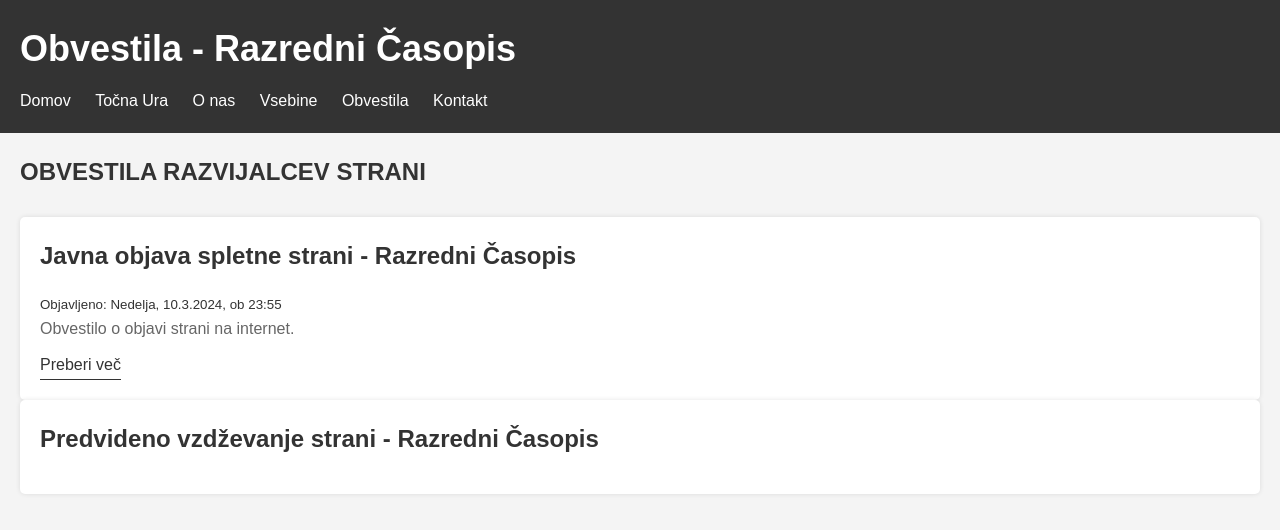
Repository: razrednicasopis/razrednicasopis.github.io
Page: Resources/obvestila.html
The author's editor kept a copy of each file at every save. The page is drawn from the files as they stood at one save, then again after the next save.
The browser window is 1280 px wide. The pictures show the whole page.

Above is the page before, as saved 2024-03-12 12:57:06.
Console error: ReferenceError: maintenanceMode is not defined

### Resources/obvestila.html
<!DOCTYPE html>
    <html lang="eu">
        <head>
            <meta charset="UTF-8">
            <meta name="viewport" content="width=device-width, initial-scale=1.0">
            <title>Obvestila</title>
            <link rel="stylesheet" href="styless.css">
            <link rel="stylesheet" href="system.css">
        </head>
            <body>


              <div class="blur-container">
                <div id="vrstica">
                    <header>
                      <h1>Obvestila - Razredni Časopis</h1>
                      <nav>
                        <ul>
                          <li><a href="index.html">Domov</a></li>
                          <li><a href="ura.html">Točna Ura</a></li>
                          <li><a href="o-nas.html">O nas</a></li>
                          <li><a href="vsebine.html">Vsebine </a></li>
                          <li><a href="#">Obvestila</a></li>
                          <li><a href="#" class="showPopupLink">Kontakt</a></li>
                        </ul>
                      </nav>
                    </header>
                    </div>



        <main>
          <section class="obvestilnatabla">
            <h1>OBVESTILA RAZVIJALCEV STRANI</h1><br>
              <article>
                <h2>Javna objava spletne strani - Razredni Časopis</h2>
                <small>Objavljeno: Nedelja, 10.3.2024, ob 23:55</small>
                <p>Obvestilo o objavi strani na internet.</p>
                <a href="obvestilo1.html">Preberi več</a>
              </article>
                <p>
                  <article>
                    <h2>Predvideno vzdževanje strani - Razredni Časopis</h2>
                  </article>
                </p>
          </section>
        </main>
      </div>


<!--Pop-ups and other HTML-->
<div id="popupContainer">
  <div id="overlay"></div>
  <div id="popupContent">
      <h1><b>NEDOSEGLJIVE VSEBINE</b></h1>
      <p>Te vsebine bodo na voljo v naslednjih verzijah strani.</p>
      <p>Obiščite <a href="obvestila.html">obvestila</a> za več novic.</p>
      <br>
      <button id="closePopupBtn">V redu</button>
  </div>
</div>

<div id="maintenancePopup">
  <div id="maintenancePopupContent">
    <h1>POVEZAVA IZGUBLJENA</h1>
    <p>Povezava z strežnikom izgubljena zaradi vzdrževanja strani. Prosimo osvežite stran.</p>
    <button id="closeMaintenancePopupBtn">Osveži</button>
  </div>
</div>

          <script src="alerts.js"></script>
          <script src="maintenancemode.js"></script>

            </body>
    </html>

### Resources/styless.css
* {
  margin: 0;
  padding: 0;
  box-sizing: border-box;
}

/* Globalni slogi */
body {
  font-family: Arial, sans-serif;
  line-height: 1.6;
  background-color: #f4f4f4;
  color: #333;
  margin: 0;
  padding: 0;
  max-height: 100vh;
}


.container {
    text-align: center;
    margin-top: 50px;
}

.border-box {
    display: inline-block;
    padding: 200px;
    width: 550px;
    height: 500px;
    border: 5px solid #333; /* Set your desired border color */
    border-radius: 30px; /* Set the border radius for slightly curved corners */
    background-color: #333; /* Set your desired background color inside the border */
}

header {
  background: #333;
  color: #fff;
  padding: 20px;
}

header h1 {
  margin-bottom: 10px;
  font-size: 36px;
}

nav ul {
  list-style: none;
}

nav ul li {
  display: inline;
  margin-right: 20px;
}

nav ul li a {
  color: #fff;
  text-decoration: none;
}

main {
  padding: 20px;
}

section {
  margin-bottom: 30px;
}

section h2 {
  margin-bottom: 15px;
}

article {
  background: #fff;
  padding: 20px;
  border-radius: 5px;
  box-shadow: 0 0 5px rgba(0, 0, 0, 0.1);
}

article h3 {
  margin-bottom: 10px;
}

article p {
  color: #666;
}

article a {
  display: inline-block;
  margin-top: 10px;
  text-decoration: none;
  color: #333;
  border-bottom: 1px solid #333;
  padding-bottom: 2px;
}

article a:hover {
  color: #000;
  border-color: #000;
}



footer {
  text-align: center;
  padding: 30px;
  background-color: #333;
  color: #fff;
  position: absolute;
  bottom: auto;
  width: 100%;
  text-align: center;
}

### Resources/system.css
/* Koda za "Coming Soon" pop-up */

#popupContainer {
    display: none;
    position: fixed;
    top: 50%;
    left: 50%;
    transform: translate(-50%, -50%);
    background-color: #ffffff;
    box-shadow: 0 4px 8px rgba(0, 0, 0, 0.1);
    padding: 20px;
    border-radius: 10px;
    text-align: center;
    z-index: top;
  }

  #popupContent {
    max-width: 400px;
    margin: 0 auto;
  }

  #closePopupBtn {
    background-color: #3498db;
    color: #ffffff;
    padding: 10px 15px;
    border: none;
    border-radius: 5px;
    cursor: pointer;
  }

  #closePopupBtn:hover {
      background-color: #4da8e1;
  }

  #showPopupLink {
    display: inline-block;
    padding: 10px 15px;
    color: #ffffff;
    text-decoration: none;
    border-radius: 5px;
    cursor: pointer;
  }

body.popup-open {
   overflow: hidden;
}

.popup-open .blur-container {
  filter: blur(5px); /* Apply blur effect only when popup is open */
  pointer-events: none;
}

#maintenancePopup {
  display: none;
  position: fixed;
  top: 50%;
  left: 50%;
  transform: translate(-50%, -50%);
  background-color: #ffffff;
  box-shadow: 0 4px 8px rgba(0, 0, 0, 0.1);
  padding: 20px;
  border-radius: 10px;
  text-align: center;
  z-index: 999;
}

#maintenancePopupContent {
  max-width: 400px;
  margin: 0 auto;
}

#closeMaintenancePopupBtn {
  background-color: #3498db;
  color: #ffffff;
  padding: 10px 15px;
  border: none;
  border-radius: 5px;
  cursor: pointer;
  margin-top: 20px;
}

#closeMaintenancePopupBtn:hover {
  background-color: #4da8e1;
}

/* Koda za "Kontakt" obrazec */

#contactform {
    align-self: center;
    }

    .formcontainer {
      text-align: center;
      margin-top: 50px;
      display: flex;
      justify-content: center;
      align-items: flex-start; /* Align items at the top */
  }

  .border-box {
      display: inline-block;
      padding: 20px;
      width: 550px;
      height: 500px;
      border: 5px solid #333; /* Set your desired border color */
      border-radius: 30px; /* Set the border radius for slightly curved corners */
      background-color: #333; /* Set your desired background color inside the border */
  }

  form input,
form textarea {
    width: calc(100% - 40px); /* Adjusted width with a bit of padding on each side */
    padding: 10px; /* Increased padding for better readability */
    margin-bottom: 5px; /* Increased spacing between input areas */
    margin-top: 25px; /* Move input areas slightly lower */
    height: 40px; /* Increased height to make input areas bigger */
}

form select{
width: calc(100% - 40px); /* Adjusted width with a bit of padding on each side */
padding: 10px; /* Increased padding for better readability */
margin-bottom: 5px;
margin-top: 20px; /* Move input areas slightly lower */
height: 40px; /* Height of input areas */
border: 1px solid #ccc; /* Border style */
border-radius: 5px; /* Border radius */
font-size: 16px; /* Font size */
}

form textarea {
  height: 120px;
}

/* Form Submit Button Styles */

/* Your existing CSS code */
/* Koda za "Coming Soon" pop-up */

#popupContainer {
  display: none;
  position: fixed;
  top: 50%;
  left: 50%;
  transform: translate(-50%, -50%);
  background-color: #ffffff;
  box-shadow: 0 4px 8px rgba(0, 0, 0, 0.1);
  padding: 20px;
  border-radius: 10px;
  text-align: center;
  z-index: top;
}


#popupContent {
  max-width: 400px;
  margin: 0 auto;
}

#closePopupBtn {
  background-color: #3498db;
  color: #ffffff;
  padding: 10px 15px;
  border: none;
  border-radius: 5px;
  cursor: pointer;
}

#closePopupBtn:hover {
    background-color: #4da8e1;
}

#showPopupLink {
  display: inline-block;
  padding: 10px 15px;
  color: #ffffff;
  text-decoration: none;
  border-radius: 5px;
  cursor: pointer;
}

body.popup-open {
 overflow: hidden;
}

body.blur {
filter: blur(5px);
pointer-events: none;
z-index: 1;
}

/* Koda za "Kontakt" obrazec */

#contactform {
  align-self: center;
}

.formcontainer {
  text-align: center;
  margin-top: 50px;
  display: flex;
  justify-content: center;
  align-items: flex-start; /* Align items at the top */
}

.border-box {
  display: inline-block;
  padding: 20px;
  width: 550px;
  height: 500px;
  border: 5px solid #333; /* Set your desired border color */
  border-radius: 30px; /* Set the border radius for slightly curved corners */
  background-color: #333; /* Set your desired background color inside the border */
}

form input,
form textarea {
  width: calc(100% - 40px); /* Adjusted width with a bit of padding on each side */
  padding: 10px; /* Increased padding for better readability */
  margin-bottom: 5px; /* Increased spacing between input areas */
  margin-top: 25px; /* Move input areas slightly lower */
  height: 40px; /* Increased height to make input areas bigger */
}

form select{
width: calc(100% - 40px); /* Adjusted width with a bit of padding on each side */
padding: 10px; /* Increased padding for better readability */
margin-bottom: 5px;
margin-top: 20px; /* Move input areas slightly lower */
height: 40px; /* Height of input areas */
border: 1px solid #ccc; /* Border style */
border-radius: 5px; /* Border radius */
font-size: 16px; /* Font size */
}

form textarea {
height: 120px;
}

/* Combined CSS for Blob Button */

*, *:before, *:after {
  box-sizing: border-box;
  margin: 0;
  padding: 0;
}

.buttons {
  margin-top: 2 0px;
  text-align: center;
  border-radius: 30px;
}

.blob-btn {
  z-index: 1;
  position: relative;
  padding: 20px 150px;
  margin-bottom: 40px;
  margin-top: 10px;
  text-align: center;
  text-transform: uppercase;
  color: #0505A9;
  font-size: 16px;
  font-weight: bold;
  background-color: transparent;
  outline: none;
  border: none;
  transition: color 0.5s;
  cursor: pointer;
  border-radius: 30px;
}
.blob-btn:before {
  content: "";
  z-index: 1;
  position: absolute;
  left: 0;
  top: 0;
  width: 100%;
  height: 100%;
  border: 2px solid #0505A9;
  border-radius: 30px;
}
.blob-btn:after {
  content: "";
  z-index: -2;
  position: absolute;
  left: 3px;
  top: 3px;
  width: 100%;
  height: 100%;
  transition: all 0.3s 0.2s;
  border-radius: 30px;
}
.blob-btn:hover {
  color: #FFFFFF;
  border-radius: 30px;
}
.blob-btn:hover:after {
  transition: all 0.3s;
  left: 0;
  top: 0;
  border-radius: 30px;
}
.blob-btn__inner {
  z-index: -1;
  overflow: hidden;
  position: absolute;
  left: 0;
  top: 0;
  width: 100%;
  height: 100%;
  border-radius: 30px;
  background: #ffffff;
}
.blob-btn__blobs {
  position: relative;
  display: block;
  height: 100%;
  filter: url("#goo");
}
.blob-btn__blob {
  position: absolute;
  top: 2px;
  width: 30%;
  height: 100%;
  background: #0505A9;
  border-radius: 100%;
  transform: translate3d(0, 150%, 0) scale(1.7);
  transition: transform 0.45s;
}
@supports (filter: url("#goo")) {
  .blob-btn__blob {
    transform: translate3d(0, 150%, 0) scale(1.4);
  }
}
.blob-btn__blob:nth-child(1) {
  left: 0%;
  transition-delay: 0s;
}
.blob-btn__blob:nth-child(2) {
  left: 30%;
  transition-delay: 0.08s;
}
.blob-btn__blob:nth-child(3) {
  left: 60%;
  transition-delay: 0.16s;
}
.blob-btn__blob:nth-child(4) {
  left: 90%;
  transition-delay: 0.24s;
}
.blob-btn:hover .blob-btn__blob {
  transform: translateZ(0) scale(1.7);
}

/* Define the keyframes for the pulse effect */
@keyframes pulse {
  0% {
    box-shadow: 0 0 0 0 rgba(255, 255, 255, 0.7); /* Initial box shadow color, adjust to match button color */
  }
  50% {
    box-shadow: 0 0 0 20px rgba(255, 255, 255, 0); /* Intermediate box shadow color */
  }
  100% {
    box-shadow: 0 0 0 0 rgba(255, 255, 255, 0); /* Final box shadow color */
  }
}

/* Apply the animation to the button when it's clicked or focused */
.blob-btn:active, .blob-btn:focus {
  animation: pulse 0.3s ease-in-out; /* Adjust the duration to control the pulse speed */
}

@supports (filter: url("#goo")) {
  .blob-btn:hover .blob-btn__blob {
    transform: translateZ(0) scale(1.5);
  }
}

/* CSS za uro */

.clock {
  margin-top: 6cm;
  text-align: center;
  font-size: 3em;
}

/*CSS za vse stranske nav skupine razen za glavno */

.seznamvsebin {
  display: inline-block;
  vertical-align: bottom;
  width: calc(20% - 4px); /* Adjust width to accommodate border */
  box-sizing: border-box;
  margin: 40px;
  border: 3px solid #000; /* Border thickness */
  height: 750px; /* Set desired height */
  /* Additional styling for seznamvsebin if needed */
  background-color: #f2f2f2;

}

.seznamvsebin nav {
    justify-content: center;
    padding: 30px;

}

.seznamvsebin nav a {
      display: inline-block;
      padding: 5px 10px;
      color: #000000;
      text-align: center;
      text-decoration: none;
      margin-bottom: 5px;
      border: 2px, transparent;
      border-radius: 5px;
      transition: linear, border 0.1s linear;
      font-weight: bold;
}


.seznamvsebin nav a:hover {
    background-color: #e0e0e0;
    border: 2px solid #000000
}

.NoviceContent {
  float: right; /* Align to the right */
  width: calc(80% - 250px); /* Adjusted width */
  box-sizing: border-box;
  margin-top: 100px;
}

.NoviceContent p {
  margin-bottom: 20px;
}

#dynamicText {
  float: right; /* Align to the right */
  width: calc(89% - 250px); /* Adjusted width */
  box-sizing: border-box;
  margin-top: 90px;
}

#dynamicText article {
  width: 99%;
}

/* Pravila Obrazca CSS */

.pravilaobrazca {
  height: 630px;
}

.pravilaobrazca_opozorilo {
  margin-top: 275px; /* Keeps this div at the bottom */
  color: #666; /* Change text color if desired */
}

/* Random CSS */

/* CSS for the admin credits list */

.creditscontainer {
  display: flex;
  flex-wrap: wrap;
}

.creditslist {
  flex: 1;
  margin: 10px;
  padding: 0;
  list-style-type: none;
}

.creditslist li {
  margin-bottom: 5px;
}

.adminlist article {
  min-height: 225px;
}

/* Članki CSS */

.člankimargin {
  margin-top: 20px;
}

.člankimargin article {
  width: 99%;
  margin-left: 10px;
  height: 20.5cm;
}

.člankitext {
  margin-bottom: 75px;
  font-size: 25px;
}

.člankitext2 {
  font-size: 14.5px;
}

.člankitext3 {
  font-size: 18px;
}

#vitin_spis {
  font-size: 20px;
}

#grinchtext {
  font-size: 20px;
}

#grinchimg img {
  width: 20%;
  height: 20%
}

/* CSS za mediji.html */

.shrambaslik {
  float: right; /* Align to the right */
  width: calc(89% - 250px); /* Adjusted width */
  box-sizing: border-box;
  margin-top: 90px;
}

.shrambaslik img[id="1"] {
  width: 25%;
  height: 25%;
}

.shrambaslik img[id="2"] {
  width: 10%;
  height: 5%;
  margin-left: 2%;
}

### Resources/alerts.js
 document.addEventListener('DOMContentLoaded', function () {
        document.querySelectorAll('.showPopupLink').forEach(function (link) {
            link.addEventListener('click', function (event) {
                event.preventDefault();
                document.getElementById('popupContainer').style.display = 'block';
                document.body.classList.add('popup-open');
            });
        });

        document.getElementById('closePopupBtn').addEventListener('click', function () {
            document.getElementById('popupContainer').style.display = 'none';
            document.body.classList.remove('popup-open');
        });
    });

    //Maintenance mode pop-up

    document.addEventListener('DOMContentLoaded', function ()  {
        function toggleMaintenancePopup(show) {
            var maintenancePopup = document.getElementById('maintenancePopup');
            if (maintenancePopup) {
                maintenancePopup.style.display = show ? 'block' : 'none';
                document.body.classList.toggle('popup-open', show);
                console.log(Error);
            }
        }


    function checkMaintenanceStatus() {
        setInterval(function () {


            toggleMaintenancePopup(maintenanceMode);

        }, 1000);
    }

    document.getElementById('closeMaintenancePopupBtn').addEventListener('click', function ()  {
        location.reload();
    });

    checkMaintenanceStatus();
});

Loaded but not shown: Resources/maintenancemode.js (no stored copy; drawn as an empty file)

After the next save:
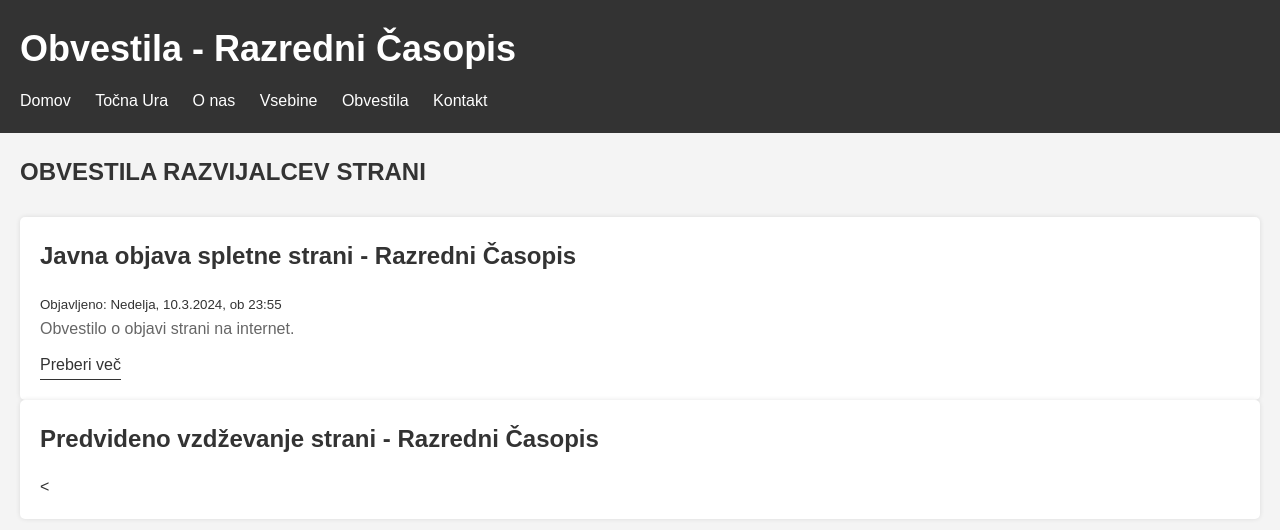
Saved 17 s later.
--- a/Resources/obvestila.html
+++ b/Resources/obvestila.html
@@ -40,7 +40,7 @@
               </article>
                 <p>
                   <article>
-                    <h2>Predvideno vzdževanje strani - Razredni Časopis</h2>
+                    <h2>Predvideno vzdževanje strani - Razredni Časopis</h2><</be>
                   </article>
                 </p>
           </section>
